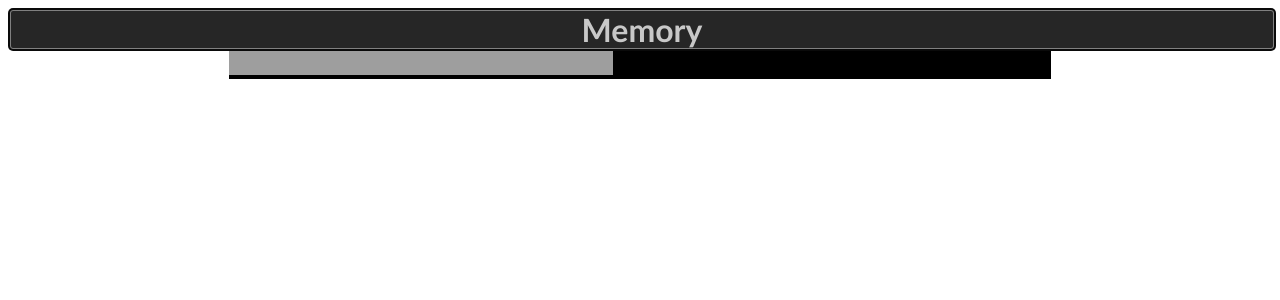
Repository: sk222sw/1dv403-laborationer
Page: 3-gameon/index.html
The author's editor kept a record of every edit. The page is drawn from the files as they stood at one moment, then again after the next edit.
The browser window is 1280 px wide. The pictures show the whole page.
Pictures or frames that could not be fetched are drawn as grey boxes.

Above is the page before.

After the next edit:
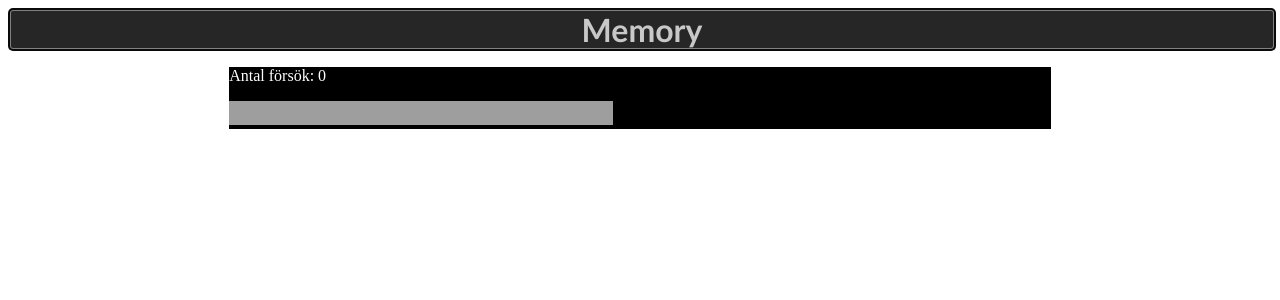
The edit:
--- a/3-gameon/index.html
+++ b/3-gameon/index.html
@@ -13,9 +13,7 @@
 
             <main>
                 <section id="memory">
-                    <table id="memoryTable">
-
-                    </table>
+                    <p id="tries">Antal försök: 0</p>
                 </section>
             </main>
 
